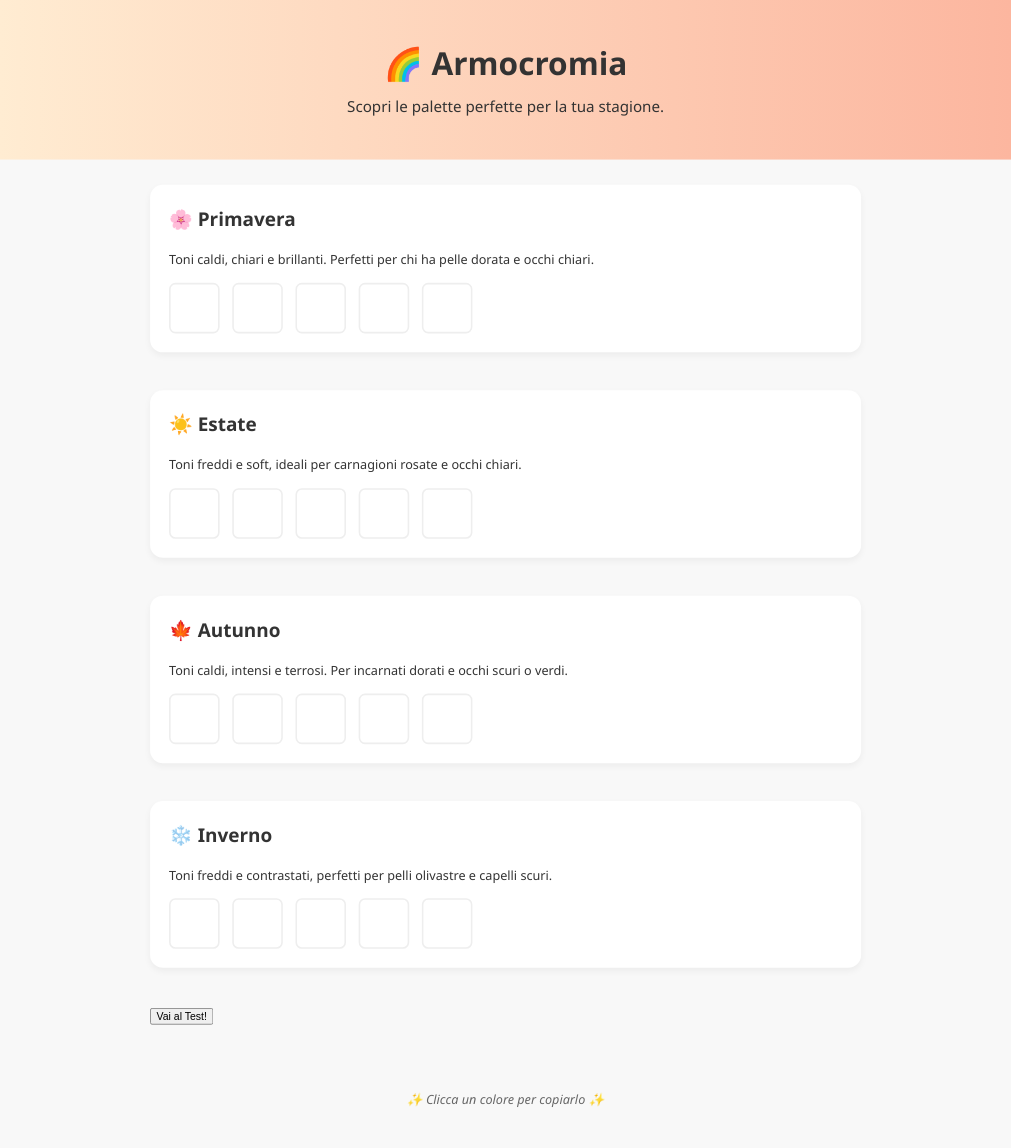
Repository: Probyte5D/Armocromia-website
Page: index.html
The author's editor kept a copy of each file at every save. The page is drawn from the files as they stood at one save, then again after the next save.
The browser window is 1280 px wide. The pictures show the whole page, at 79% of full size.

Above is the page before, as saved 2025-04-17 20:08:31.
Console error: TypeError: Cannot read properties of null (reading 'addEventListener')

After the next save:
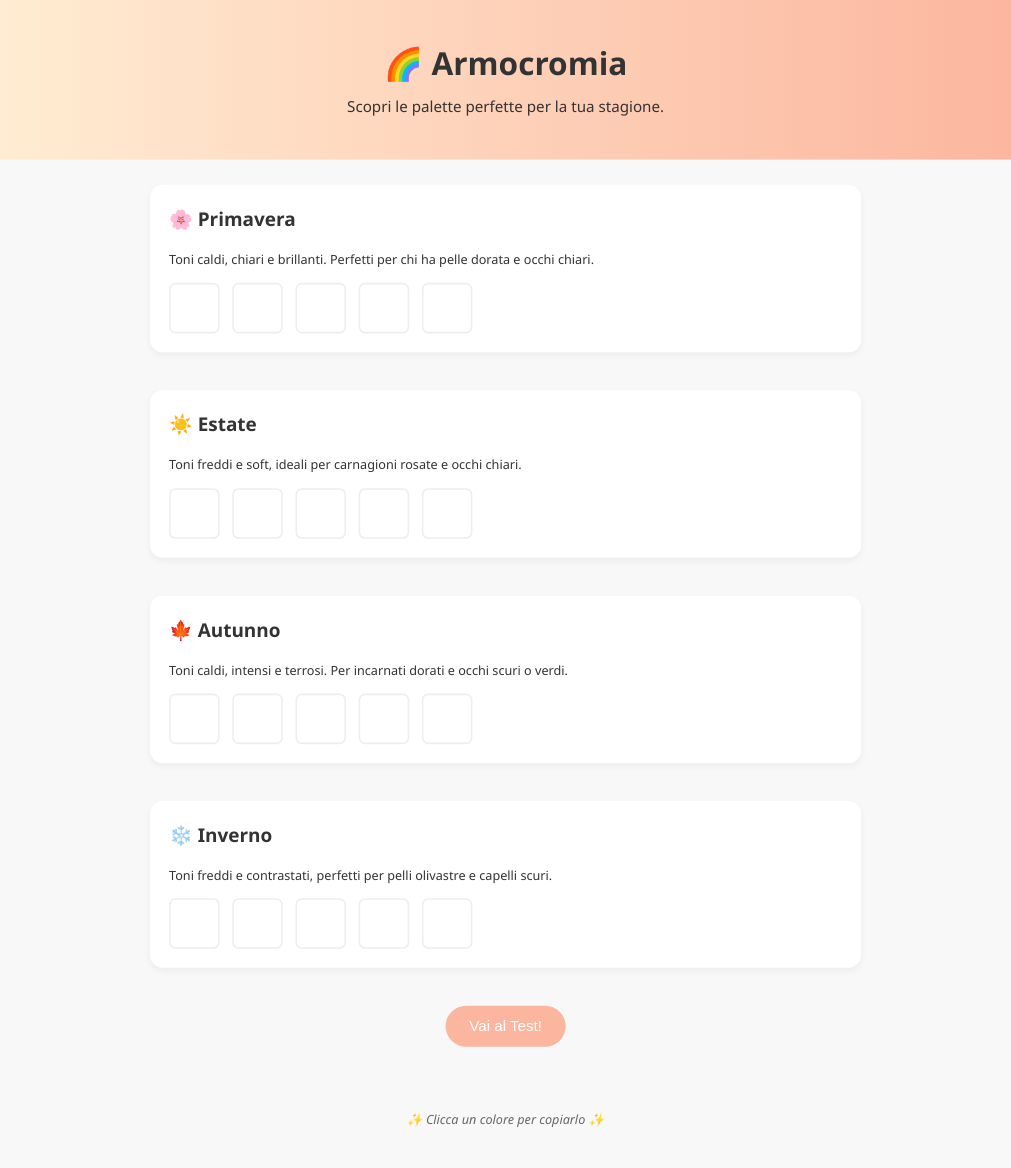
Saved 13 s later.
--- a/style.css
+++ b/style.css
@@ -66,3 +66,23 @@ footer {
   font-style: italic;
   color: #666;
 }
+
+.test-link {
+  text-align: center;
+  margin-top: 2rem;
+}
+
+#vai-al-test {
+  padding: 15px 30px;
+  background-color: #fcb69f;
+  color: #fff;
+  border: none;
+  border-radius: 30px;
+  font-size: 1.2rem;
+  cursor: pointer;
+  transition: background-color 0.3s ease;
+}
+
+#vai-al-test:hover {
+  background-color: #ffb6a7;
+}
